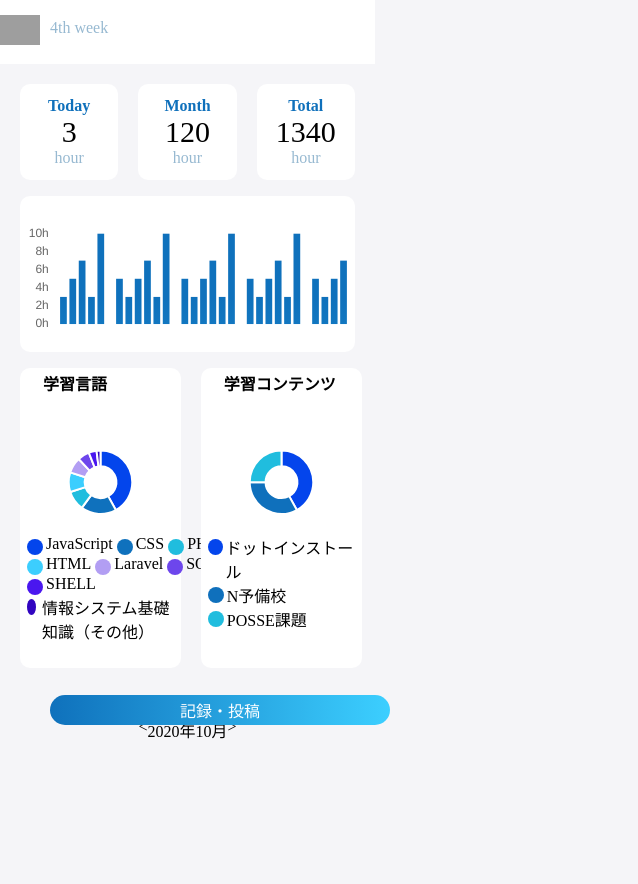
Repository: posse-ap/gen2.0-kamibayasitaito
Page: app/app.html
These files come from the project's save history. The page is drawn as it stood at one moment and after the next save; the edit follows.
The browser window is 375 px wide. The page is 638 px wide, so the pictures cover 638 px, including what lies to the right of the window. The pictures show the whole page.
Pictures or frames that could not be fetched are drawn as grey boxes. Some web libraries are served in a nearby version.

Above is the page before, as saved 2021-11-26 18:56:54.

After the next save:
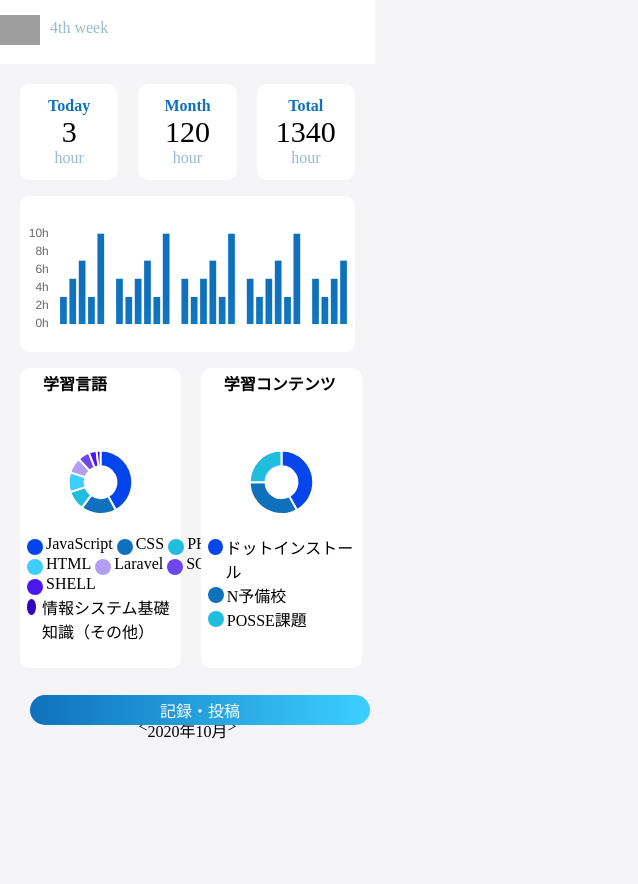
Saved 5 s later.
--- a/app/app_smartphone.css
+++ b/app/app_smartphone.css
@@ -318,7 +318,7 @@
 
 
         .header_button_smartphone{
-            margin-left: 50px;
+            margin-left: 30px;
             margin-right: auto;
             position: absolute;
             text-align: center;
